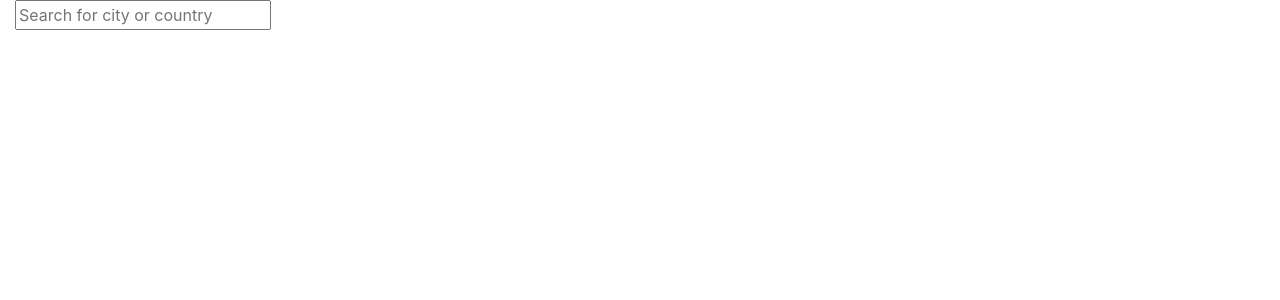
Repository: cobalt88/weather-forecast-app
Page: index.html
These files come from the project's save history. The page is drawn as it stood at one moment and after the next save; the edit follows.
The browser window is 1280 px wide. The pictures show the whole page.
The page's requests for data from a server got no answer. Some web libraries are served in a nearby version.

Above is the page before, as saved 2022-03-29 23:01:32.

### index.html
<!DOCTYPE html>
<html lang="en">
<head>
  <meta charset="UTF-8">
  <meta http-equiv="X-UA-Compatible" content="IE=edge">
  <meta name="viewport" content="width=device-width, initial-scale=1.0">
  <link
  rel="stylesheet"
  href="https://stackpath.bootstrapcdn.com/bootstrap/4.3.1/css/bootstrap.min.css"
/>
<link
  rel="stylesheet"
  href="https://use.fontawesome.com/releases/v5.8.1/css/all.css"
  integrity="sha384-50oBUHEmvpQ+1lW4y57PTFmhCaXp0ML5d60M1M7uH2+nqUivzIebhndOJK28anvf"
  crossorigin="anonymous"
/>
<link
  href="https://fonts.googleapis.com/css?family=Open+Sans&display=swap"
  rel="stylesheet"
/>
  <title>Document</title>
</head>
<body>
  <header></header>
  <section id="current-day"></section>
  <section id="5-day-container">


  </section>

  <aside class="col-xl-4 col-lg-4 col-md-4 col-sm-4 col-4">
    <input type="text" id="searchInput" onkeyup="search()" placeholder="Search for city or country">
    <button type= 'button" id="search-button">search</button>
    <ul id="city-list"></ul>
  </aside>
  <script src="logic.js"></script>
</body>
</html>

### logic.js
var buttonContainerEl = document.querySelector('#city-list');
var dataArr = [];
var currentLocationArr = [];
var input = document.getElementById('searchInput');
var searchBtn = document.getElementById('search-button');

function search() {
  // if (input = null) {
  //   window.alert('Please input a city name')
  // }
  var searchUrl = `http://dataservice.accuweather.com/locations/v1/cities/search?apikey=%09WRy7rAgeG9pkGPZlac8sWxk9sXswNaMI&q=${input}`
  fetch(searchUrl)
    .then(function(response) {
      console.log(response);
    })
}

function getLocation() {
  var requestLocationUrl = 'http://dataservice.accuweather.com/locations/v1/cities/ipaddress?apikey=WRy7rAgeG9pkGPZlac8sWxk9sXswNaMI&q=199.231.175.194'
  fetch(requestLocationUrl)
  .then(function(response){
    return response.json();
  })
  .then(function(currentLocation) {
    currentLocationArr.push(currentLocation);
    console.log(currentLocationArr);
  })
};


function getApi() {
var requestUrl = "http://dataservice.accuweather.com/locations/v1/topcities/150?apikey=%09WRy7rAgeG9pkGPZlac8sWxk9sXswNaMI";
fetch(requestUrl)
  .then(function(response){
  return response.json();
})
.then(function(cityData){
  for (var i = 0; i < cityData.length; i++) {
    var location = document.createElement('li')
    location.textContent = `${cityData[i].EnglishName}, ${cityData[i].Country.EnglishName}`;
    buttonContainerEl.appendChild(location)
    location.setAttribute('class', 'list-group-item ')
    location.setAttribute('id', `${cityData[i].EnglishName}-${cityData[i].Country.EnglishName}` )
    dataArr.push(cityData[i]);
  }
});
};



// function search() {
//   var filter = input.value.toLowerCase();
//   var ul = document.getElementById('city-list');
//   var li = document.getElementsByTagName('li');

//   for (let i = 0; i < li.length; i++) {
//     a = li[i].getElementsByTagName("a")[0];
//     txtValue = li.textContent || li.innerText;
//     if (txtValue.toLowerCase().indexOf(filter) > -1) {
//       li[i].style.display = "";
//     } else {
//       li[i].style.display = "none";
//     }
//   }

// }

searchBtn.addEventListener('click', search());
getLocation();
getApi();
// console.log(currentLocationArr);

After the next save:
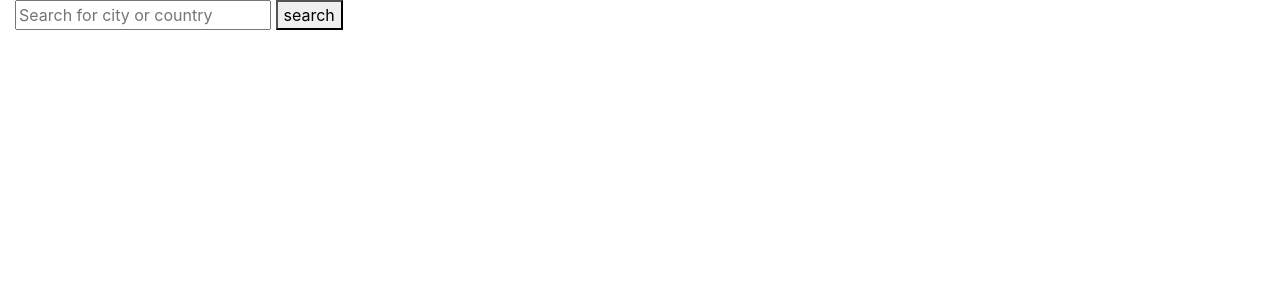
Saved 22 h 8 min later.
--- a/index.html
+++ b/index.html
@@ -30,7 +30,7 @@
 
   <aside class="col-xl-4 col-lg-4 col-md-4 col-sm-4 col-4">
     <input type="text" id="searchInput" onkeyup="search()" placeholder="Search for city or country">
-    <button type= 'button" id="search-button">search</button>
+    <button type= 'button' id="search-button">search</button>
     <ul id="city-list"></ul>
   </aside>
   <script src="logic.js"></script>
